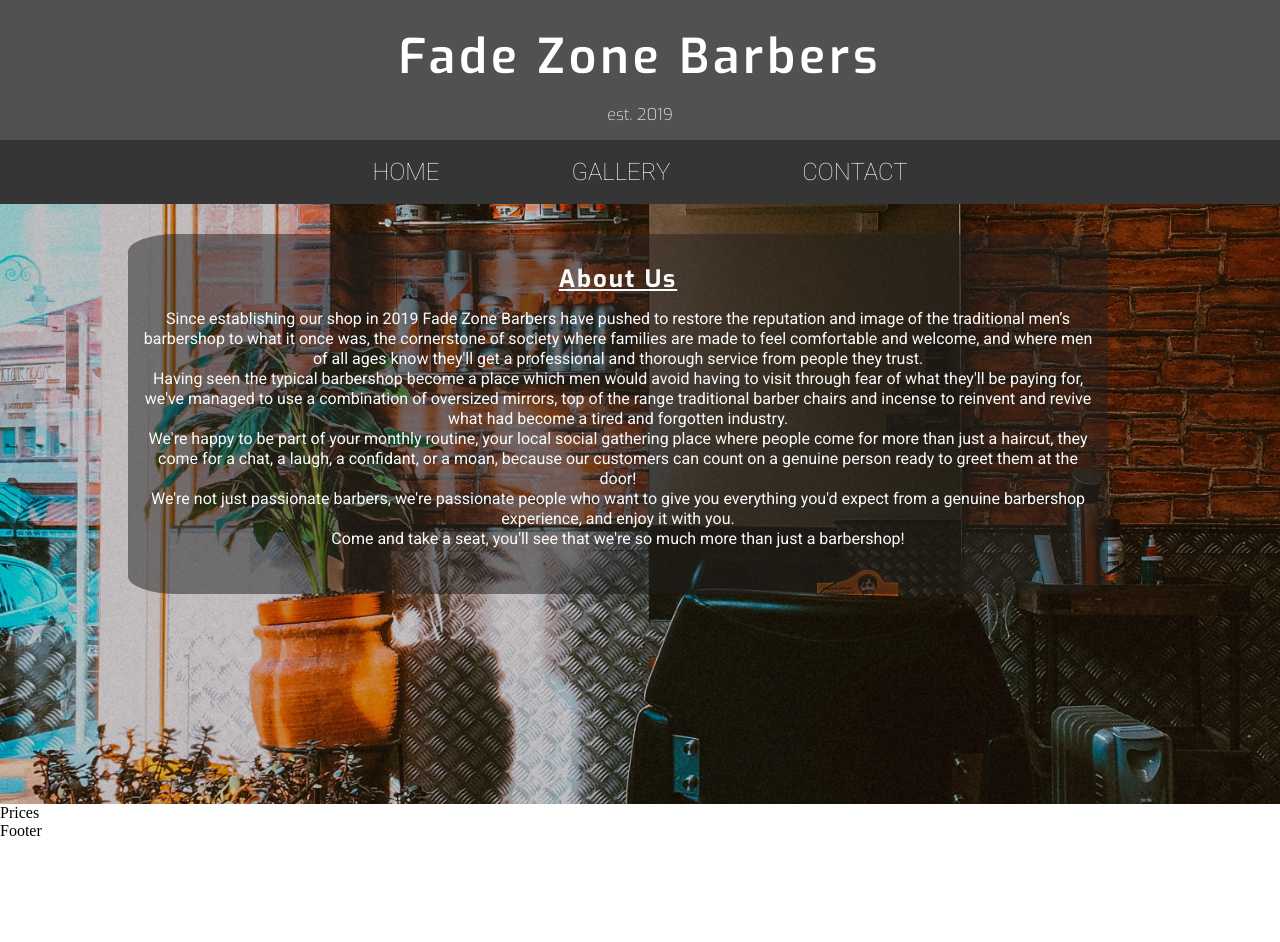
Repository: Boofy360/fade-zone-barbers
Page: index.html
The author's editor kept a record of every edit. The page is drawn from the files as they stood at one moment, then again after the next edit.
The browser window is 1280 px wide. The pictures show the whole page.

Above is the page before.

After the next edit:
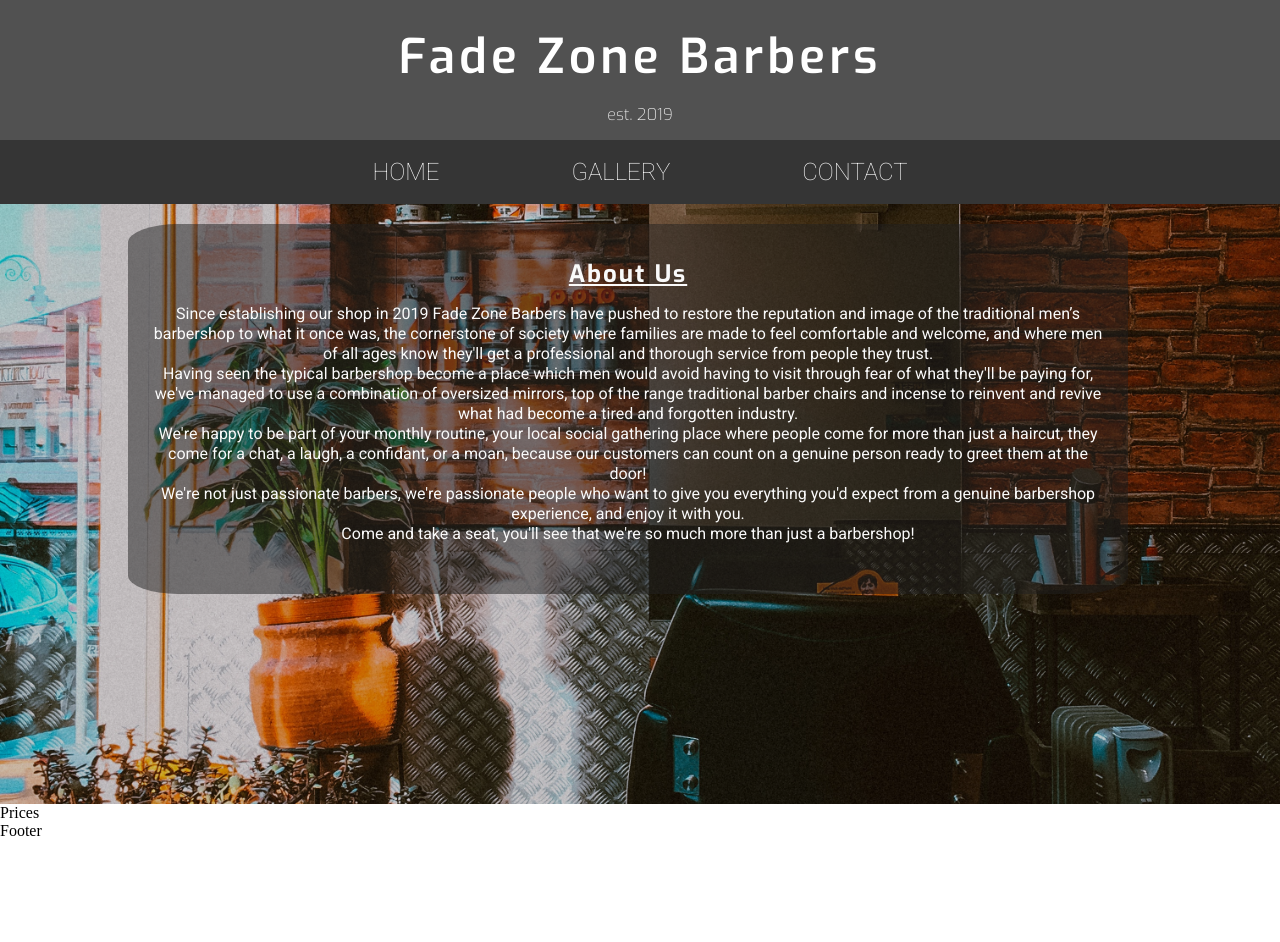
The edit:
--- a/assets/css/style.css
+++ b/assets/css/style.css
@@ -111,7 +111,7 @@
     width: 75%;
     height: 55%;
     border-radius: 5%;
-    padding: 15px 10px 15px;
+    padding: 20px 20px;
     bottom: 35%;
     left: 10%;
     position: absolute;
